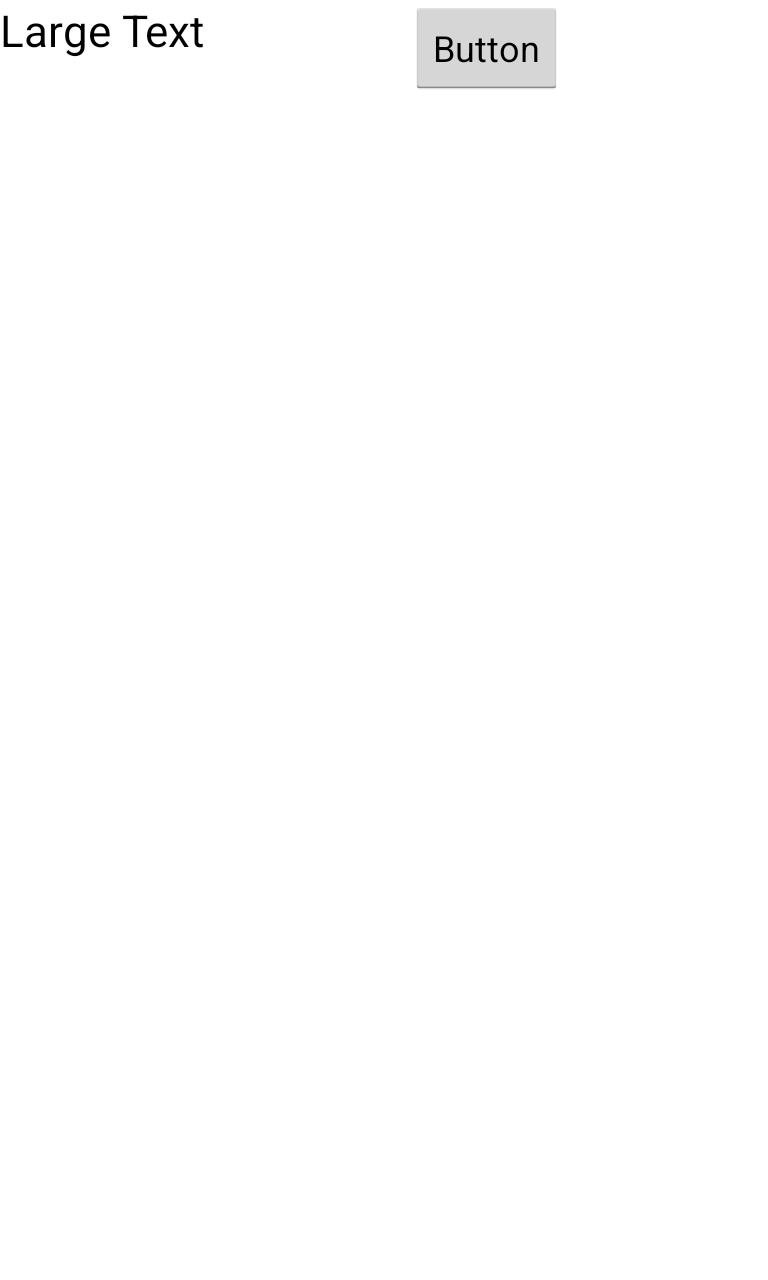
Repository: soumen91/GridView
Layout: PracticeCarApps/res/layout/activity_main.xml
An editor plug-in stored every save of this project. The layout is shown before and after the next save, followed by the edit.
It is drawn on a 768 x 1280 px phone screen (xhdpi) without system bars, with theme AppTheme; the app's code is not run.

Above is the layout before, as saved 2013-06-17 09:39:59.

### PracticeCarApps/res/layout/activity_main.xml
<RelativeLayout xmlns:android="http://schemas.android.com/apk/res/android"
    xmlns:tools="http://schemas.android.com/tools"
    android:layout_width="match_parent"
    android:layout_height="match_parent"
    tools:context=".MainActivity" >

    <LinearLayout
        android:layout_width="fill_parent"
        android:layout_height="fill_parent"
        android:orientation="vertical" >

        <LinearLayout
            android:layout_width="match_parent"
            android:layout_height="wrap_content"
            android:layout_weight="1"
            android:orientation="vertical" >

            <LinearLayout
                android:layout_width="match_parent"
                android:layout_height="wrap_content"
                android:layout_weight="1"
                android:orientation="horizontal" >

                <LinearLayout
                    android:layout_width="wrap_content"
                    android:layout_weight="1"
                    android:layout_gravity="center"
                    android:layout_height="match_parent" >

                    <TextView
                        android:id="@+id/textView1"
                        android:layout_width="wrap_content"
                        android:layout_height="wrap_content"
                        android:text="Large Text"
                        android:textAppearance="?android:attr/textAppearanceLarge" />

                </LinearLayout>
                <LinearLayout
                    android:layout_width="wrap_content"
                    android:layout_weight="1"
                    android:layout_gravity="center"
                    android:layout_height="match_parent" >

                    <Button
                        android:id="@+id/button1"
                        android:layout_width="wrap_content"
                        android:layout_height="wrap_content"
                        android:text="Button" />

                </LinearLayout>

            </LinearLayout>
             <LinearLayout
                android:layout_width="match_parent"
                android:layout_height="wrap_content"
                android:layout_weight="1"
                android:orientation="vertical" >
            </LinearLayout>

        </LinearLayout>
         <LinearLayout
            android:layout_width="match_parent"
            android:layout_height="wrap_content"
            android:layout_weight="1"
            android:orientation="vertical" >
        </LinearLayout>
         <LinearLayout
            android:layout_width="match_parent"
            android:layout_height="wrap_content"
            android:layout_weight="1"
            android:orientation="vertical" >
        </LinearLayout>
         <LinearLayout
            android:layout_width="match_parent"
            android:layout_height="wrap_content"
            android:layout_weight="1"
            android:orientation="vertical" >
        </LinearLayout>

    </LinearLayout>

</RelativeLayout>

Loaded but not shown: PracticeCarApps/res/values/styles.xml (common file); PracticeCarApps/res/values-v11/styles.xml (common file); PracticeCarApps/res/values-v14/styles.xml (common file)

After the next save:
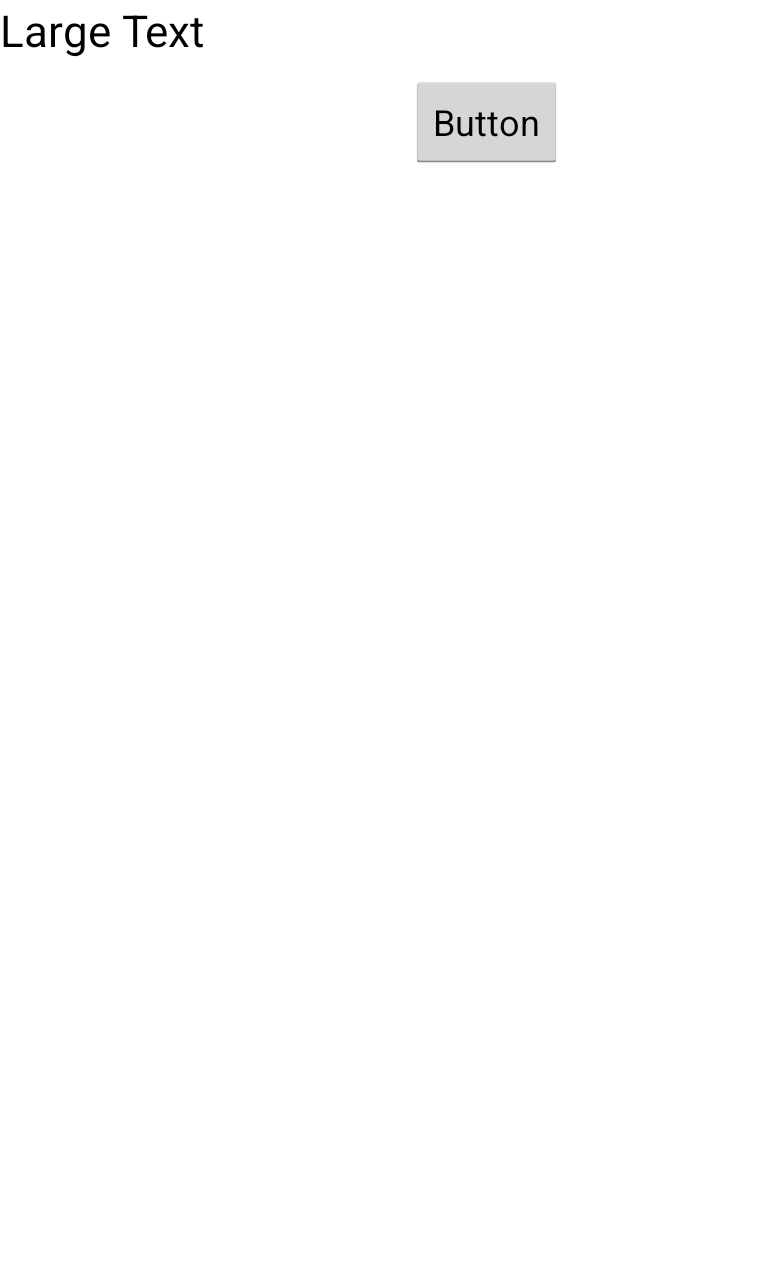
Saved 8 s later.
--- a/PracticeCarApps/res/layout/activity_main.xml
+++ b/PracticeCarApps/res/layout/activity_main.xml
@@ -44,6 +44,7 @@
                     <Button
                         android:id="@+id/button1"
                         android:layout_width="wrap_content"
+                        android:layout_gravity="center"
                         android:layout_height="wrap_content"
                         android:text="Button" />
 
